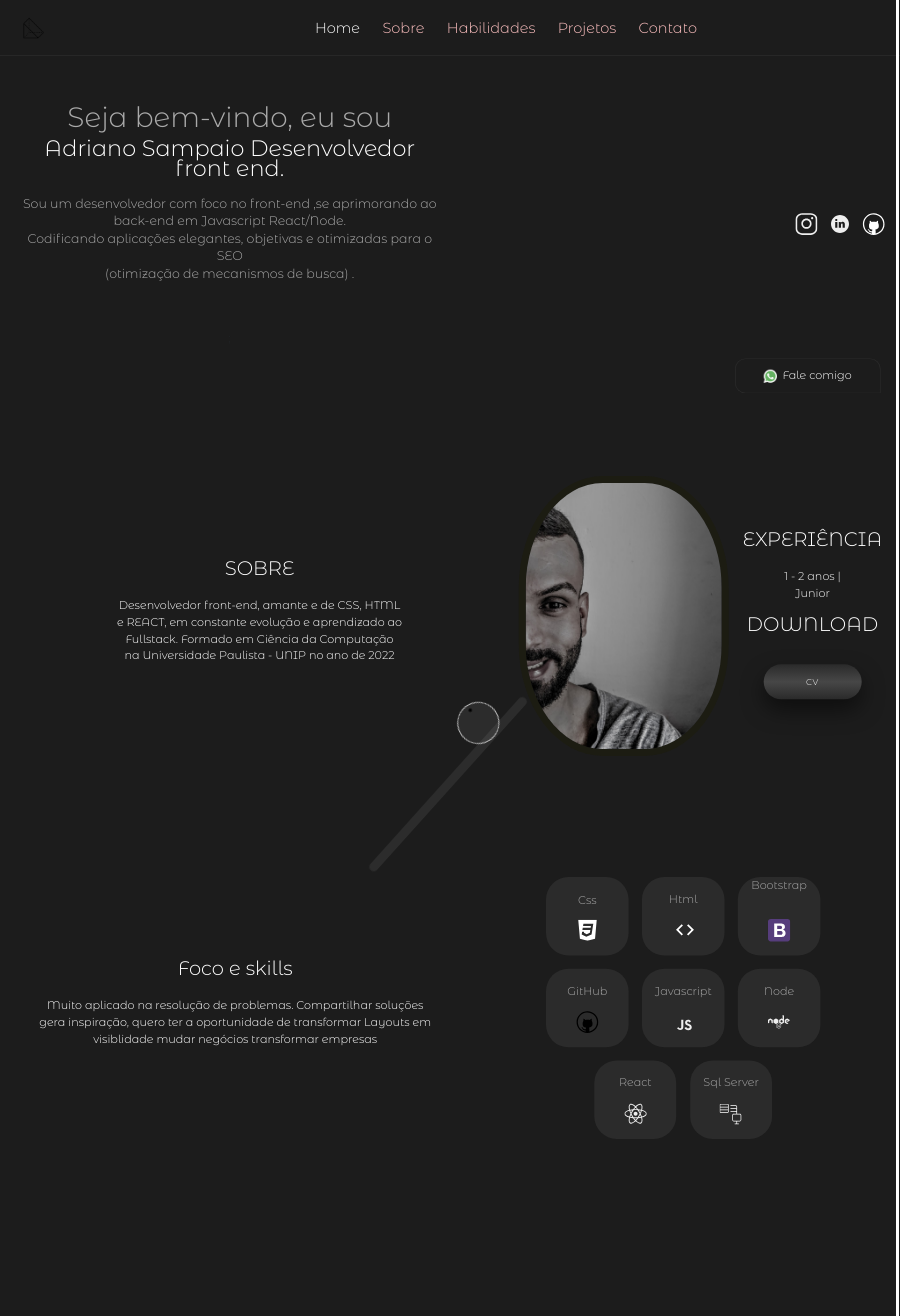
Repository: adrianodisam/NovoPortifolio
Page: /
These files come from the project's save history. The page is drawn as it stood at one moment and after the next save; the edit follows.
The browser window is 1280 px wide. The page is 1280 px wide, then 1285 px, so the pictures cover 1285 px, including what lies to the right of the window. The pictures show the part of the page from y = 0 to 1880 px (the page is 3024 px tall), at 70% of full size.
The project was rebuilt for these pictures with package versions that can differ from the ones it lists, and the page was loaded fresh each time. Imported but missing from the stored project, and not drawn on this page: src/componentes/Download/Adriano.pdf.

Above is the page before, as saved 2024-11-02 17:08:20.

After the next save:
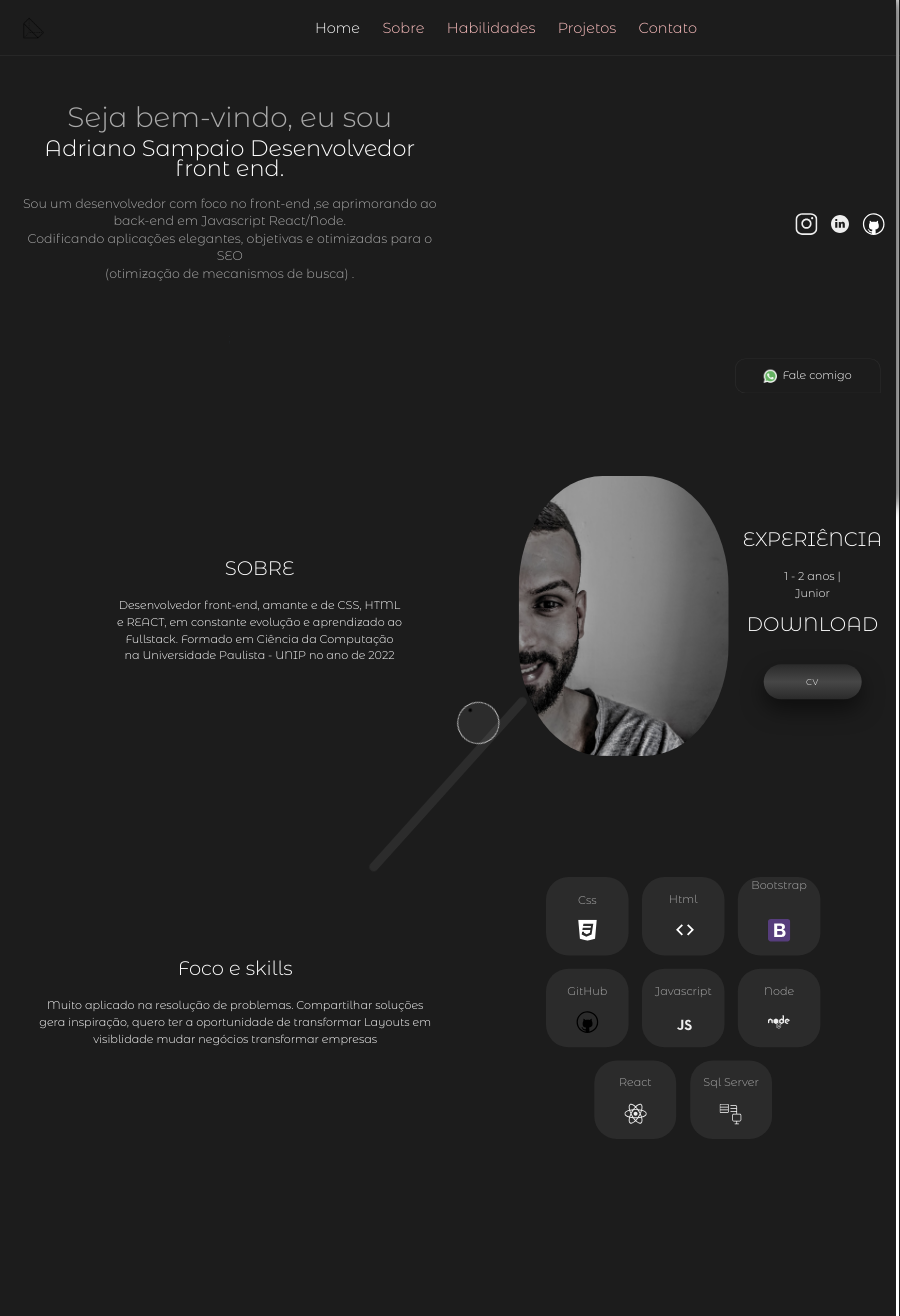
Saved 65 s later.
--- a/src/componentes/FotoSobre/FotoSobre.module.css
+++ b/src/componentes/FotoSobre/FotoSobre.module.css
@@ -17,18 +17,10 @@
   height: 400px; /* Ajuste o tamanho conforme necessário */
   object-fit: cover;
   border-radius: 40%; /* Raio para bordas arredondadas */
-  border: solid 10px #1c1c12 ;
-}
-.blurred-border {
-  width: 300px; /* Largura do elemento */
-  height: 200px; /* Altura do elemento */
-  background-color: #1C1C1C; /* Cor de fundo */
-  position: relative; /* Necessário para posicionar o pseudo-elemento */
-  border-radius: 10px; /* Bordas arredondadas (opcional) */
-  overflow: hidden; /* Esconde o conteúdo que transborda */
+
 }
 
-.blurred-border::before {
+.Container::before {
   content: '';
   position: absolute;
   top: -5px; /* Ajuste a posição conforme necessário */
